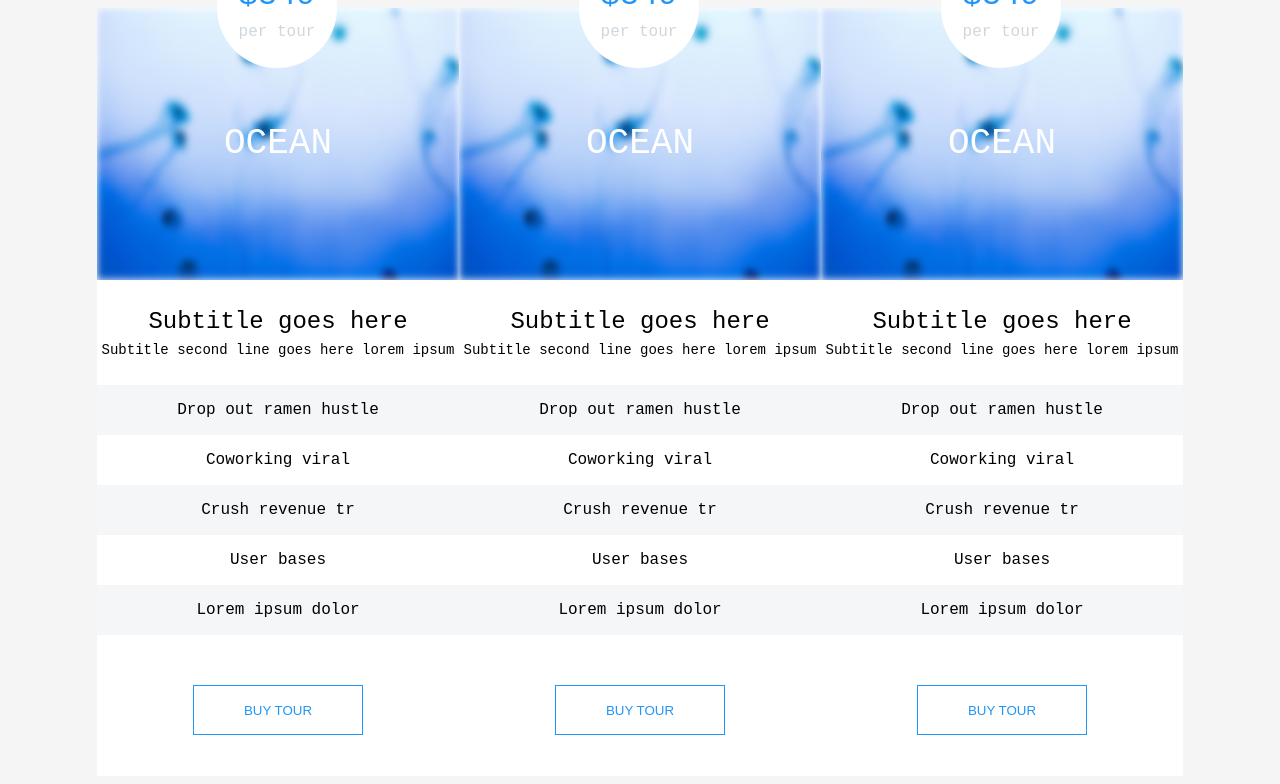
Repository: HoanTiny/pricetable
Page: index.html
The author's editor kept a copy of each file at every save. The page is drawn from the files as they stood at one save, then again after the next save.
The browser window is 1280 px wide. The pictures show the whole page.

Above is the page before, as saved 2022-07-04 10:37:31.

### index.html
<!DOCTYPE html>
<html lang="en">
    <head>
        <meta charset="UTF-8" />
        <meta http-equiv="X-UA-Compatible" content="IE=edge" />
        <meta name="viewport" content="width=device-width, initial-scale=1.0" />
        <title>PriceTable</title>
        <link rel="stylesheet" href="./assests/css/style.css" />
    </head>
    <body>
        <div class="container">
            <div class="price-table">
                <div class="img">
                    <img src="./assests/img/ocean.png" alt="logo" />
                    <span>Ocean</span>
                </div>
                <div class="title">
                    <div class="title_header">
                        <p>Subtitle goes here</p>
                        <span>Subtitle second line goes here lorem ipsum</span>
                    </div>
                    <div class="title_list">
                        <ul>
                            <li>Drop out ramen hustle</li>
                            <li>Coworking viral</li>
                            <li>Crush revenue tr</li>
                            <li>User bases</li>
                            <li>Lorem ipsum dolor</li>
                        </ul>
                    </div>
                    <div class="title_btn">
                        <button type="">Buy Tour</button>
                    </div>
                    <div class="price">
                        <p>$349</p>
                        <span>per tour</span>
                    </div>
                </div>
            </div>
            <div class="price-table">
                <div class="img">
                    <img src="./assests/img/ocean.png" alt="logo" />
                    <span>Ocean</span>
                </div>
                <div class="title">
                    <div class="title_header">
                        <p>Subtitle goes here</p>
                        <span>Subtitle second line goes here lorem ipsum</span>
                    </div>
                    <div class="title_list">
                        <ul>
                            <li>Drop out ramen hustle</li>
                            <li>Coworking viral</li>
                            <li>Crush revenue tr</li>
                            <li>User bases</li>
                            <li>Lorem ipsum dolor</li>
                        </ul>
                    </div>
                    <div class="title_btn">
                        <button type="">Buy Tour</button>
                    </div>
                    <div class="price">
                        <p>$349</p>
                        <span>per tour</span>
                    </div>
                </div>
            </div>
            <div class="price-table">
                <div class="img">
                    <img src="./assests/img/ocean.png" alt="logo" />
                    <span>Ocean</span>
                </div>
                <div class="title">
                    <div class="title_header">
                        <p>Subtitle goes here</p>
                        <span>Subtitle second line goes here lorem ipsum</span>
                    </div>
                    <div class="title_list">
                        <ul>
                            <li>Drop out ramen hustle</li>
                            <li>Coworking viral</li>
                            <li>Crush revenue tr</li>
                            <li>User bases</li>
                            <li>Lorem ipsum dolor</li>
                        </ul>
                    </div>
                    <div class="title_btn">
                        <button type="">Buy Tour</button>
                    </div>
                    <div class="price">
                        <p>$349</p>
                        <span>per tour</span>
                    </div>
                </div>
            </div>
        </div>
    </body>
</html>

### assests/css/style.css
body {
    background-color: #f5f5f5;
    font-family: "Courier New", Courier, monospace;
    font-size: 14px;
    line-height: 1.5;
    min-height: 100vh;
    display: flex;
    justify-content: center;
    align-items: center;
}

* {
    box-sizing: border-box;
}

.container {
    display: flex;
}

.price-table {
    width: 362px;
    height: 768px;
    background-color: #fff;
    position: relative;
}

.img {
    position: relative;
    height: 272px;
    width: 100%;
}

.img span {
    position: absolute;
    top: 50%;
    left: 50%;
    transform: translate(-50%, -50%);
    font-size: 36px;
    text-transform: uppercase;
    color: #fff;
}

img {
    width: 100%;
    height: 100%;
}

.title_header {
    text-align: center;
    margin: 24px 0;
}

.title_header p {
    font-size: 24px;
    margin: 0;
}

.title_header span {
    font-size: 14px;
}

.title_list ul {
    text-align: center;
    padding-left: 0;
    list-style: none;
}

.title_list ul li {
    font-size: 16px;
    height: 50px;
    line-height: 50px;
}

.title_list ul li:nth-child(odd) {
    background-color: #f4f6f7;
}

.title_btn {
    margin-top: 50px;
    text-align: center;
}

.title_btn button {
    width: 170px;
    height: 50px;
    border: 1px solid #2196f7;
    background-color: #fff;
    text-transform: uppercase;
    color: #2196f7;
    cursor: pointer;
}

.price {
    position: absolute;
    top: -60px;
    left: 120px;
    /* transform: translate(-50%, -50%); */
    width: 120px;
    height: 120px;
    border-radius: 50%;
    background-color: #fff;
    display: flex;
    justify-content: center;
    align-items: center;
    text-align: center;
    display: flex;
    flex-direction: column;
}

.price p {
    font-size: 32px;
    color: #2196f7;
    margin: 0;
}

.price span {
    font-size: 16px;
    color: #cfd7dc;
}

After the next save:
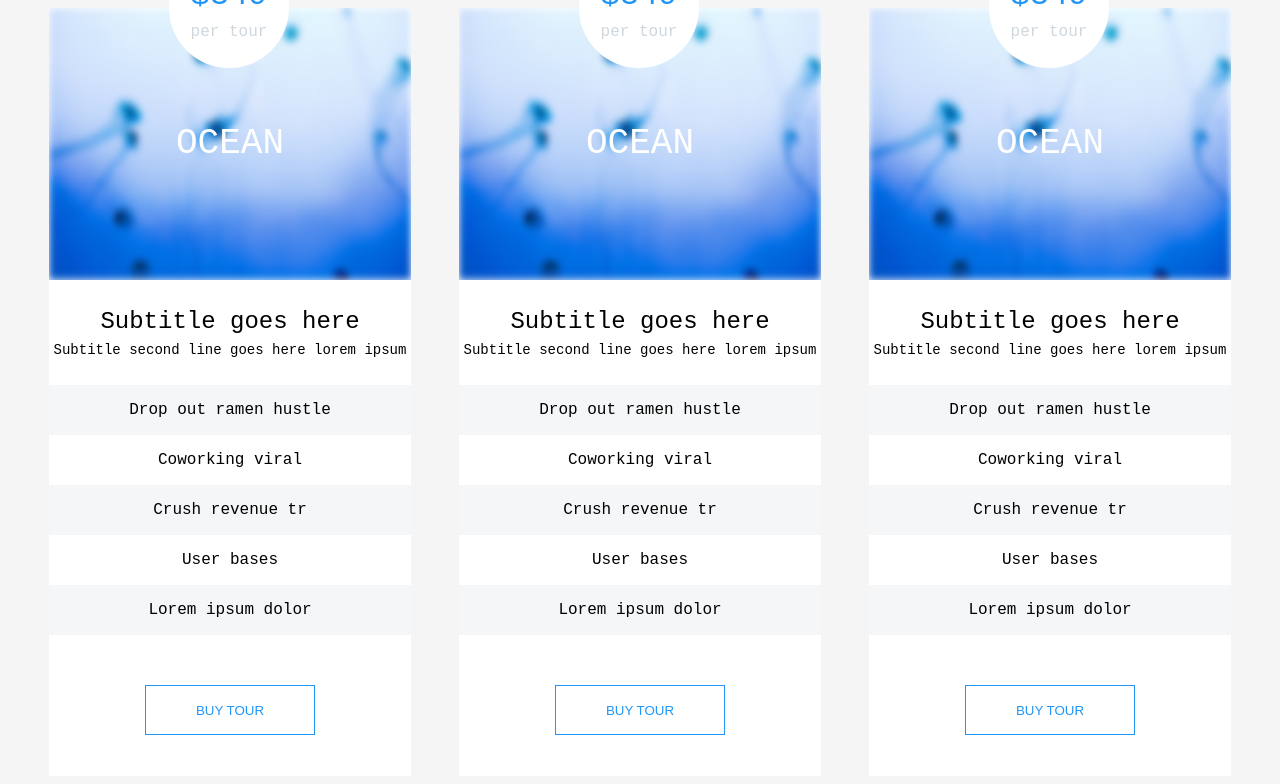
Saved 21 s later.
--- a/assests/css/style.css
+++ b/assests/css/style.css
@@ -22,6 +22,7 @@ body {
     height: 768px;
     background-color: #fff;
     position: relative;
+    margin: 0 24px;
 }
 
 .img {
